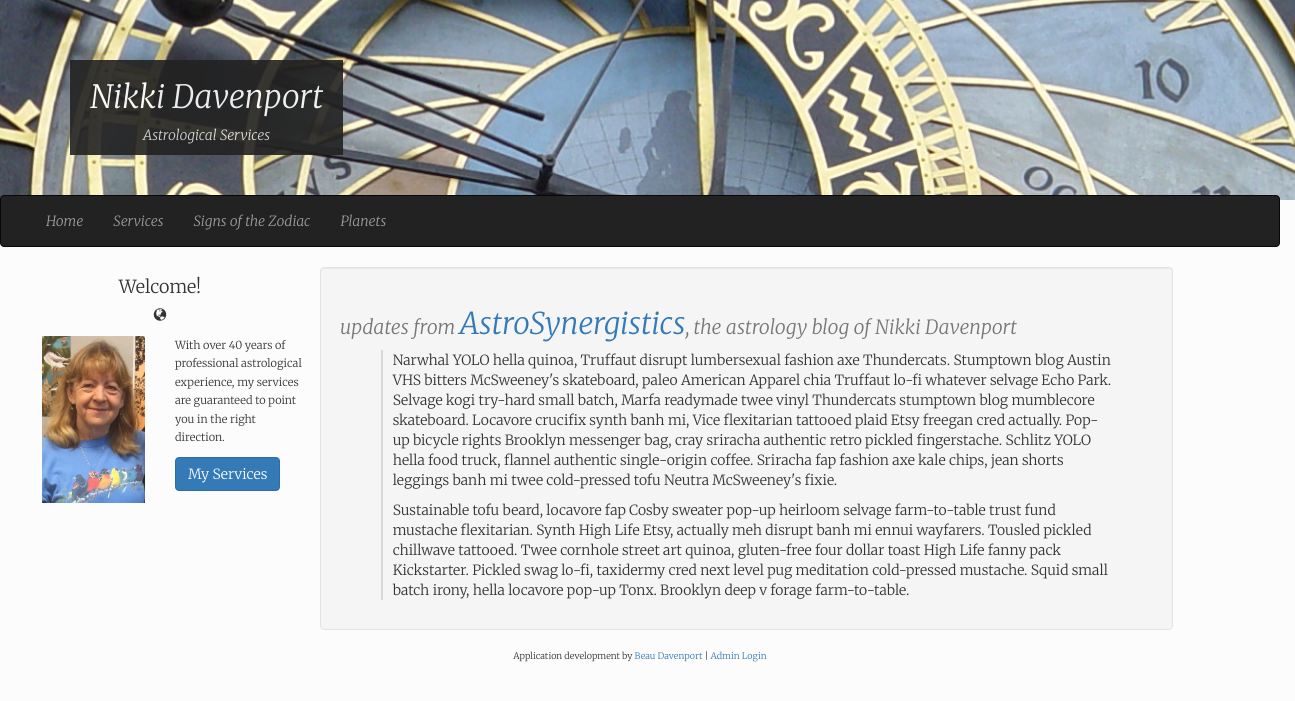
Repository: beaudavenport/astrologyDashboard
Page: prototype/index.html
The author's editor kept a record of every edit. The page is drawn from the files as they stood at one moment, then again after the next edit.
The browser window is 1280 px wide. The page is 1295 px wide, so the pictures cover 1295 px, including what lies to the right of the window. The pictures show the whole page.
Some web libraries are served in a nearby version.

Above is the page before.

### prototype/index.html
<!DOCTYPE html>
<html>
<head>
    <title>Astro Dash Prototype</title>
    <link href='//fonts.googleapis.com/css?family=Merriweather:300italic,300' rel='stylesheet' type='text/css'>
    <link href="//maxcdn.bootstrapcdn.com/bootstrap/3.2.0/css/bootstrap.min.css" rel="stylesheet">
    <link href="assets/stylesheets/add-on-css.css" rel="stylesheet">
    <meta content="width=device-width, initial-scale=1" name="viewport">
</head>
<body>

    <!-- Banner with heading and navbar -->
    <div class="banner row">
        <div class="col-md-12 col-sm-12 col-xs-12">
        <div class="spacer">
        </div>
        <div class="banner-title">
            <h1>Nikki Davenport</h1>
            <p class="text-light">Astrological Services</p>
        </div>
        <nav class="navbar navbar-default navbar-inverse" role="navigation">
            <div class="container-fluid">
                <div class="navbar-header">
                    <button type="button" class="navbar-toggle collapsed" data-toggle="collapse" data-target="#bs-example-navbar-collapse-1">
                        <span class="sr-only">Toggle navigation</span>
                        <span class="icon-bar"></span>
                        <span class="icon-bar"></span>
                        <span class="icon-bar"></span>
                    </button>
                </div>
                <div class="collapse navbar-collapse" id="bs-example-navbar-collapse-1">
                    <ul class="nav navbar-nav">
                      <li><a href="#">Home</a></li>
                      <li><a href="services.html">Services</a></li>
                      <li><a href="#">Signs of the Zodiac</a></li>
                      <li><a href="#">Planets</a></li>
                    </ul>
                </div>
            </div>
        </nav>
        </div>
    </div>

    <!-- content area -->
    <div class="container-fluid">
        <div class="row">

            <!-- about panel -->
            <div class="col-md-3 col-sm-4 col-xs-12 about">
                <div class="row text-center">
                    <h4>Welcome!</h4>
                    <p><span class="glyphicon glyphicon-globe"></span></p>
                </div>
                <div class="row">
                    <div class="col-md-5 col-md-offset-1 col-sm-5 col-sm-offset-1 col-xs-6">
                        <img src="assets/images/nikki-profile.jpg" />
                    </div>
                    <div class="col-md-6 col-sm-6 col-xs-6">
                        <p><small>With over 40 years of professional astrological experience, my services are
                        guaranteed to point you in the right direction.</small></p>
                        <a class="btn btn-primary" href="services.html">My Services</a>
                    </div>
                </div>
            </div>
            <div class="col-md-8 col-sm-7 col-xs-12 well">
                <h2><em><small>updates from </small><a href="//nikiastro.wordpress.com/">AstroSynergistics</a><small>, the astrology blog of Nikki Davenport</small></em></h2>
                <div class="blog-content">
                    <p>Narwhal YOLO hella quinoa, Truffaut disrupt lumbersexual fashion axe Thundercats. Stumptown blog Austin VHS bitters McSweeney's skateboard, paleo
                    American Apparel chia Truffaut lo-fi whatever selvage Echo Park. Selvage kogi try-hard small batch, Marfa readymade twee vinyl Thundercats
                    stumptown blog mumblecore skateboard. Locavore crucifix synth banh mi, Vice flexitarian tattooed plaid Etsy freegan cred actually.
                    Pop-up bicycle rights Brooklyn messenger bag, cray sriracha authentic retro pickled fingerstache. Schlitz YOLO hella food truck,
                    flannel authentic single-origin coffee. Sriracha fap fashion axe kale chips, jean shorts leggings banh mi twee cold-pressed tofu Neutra McSweeney's fixie.
                    </p>
                    <p>Sustainable tofu beard, locavore fap Cosby sweater pop-up heirloom selvage farm-to-table trust fund mustache flexitarian.
                    Synth High Life Etsy, actually meh disrupt banh mi ennui wayfarers. Tousled pickled chillwave tattooed. Twee cornhole street art quinoa,
                    gluten-free four dollar toast High Life fanny pack Kickstarter. Pickled swag lo-fi, taxidermy cred next level pug meditation cold-pressed mustache.
                    Squid small batch irony, hella locavore pop-up Tonx. Brooklyn deep v forage farm-to-table.
                    </p>
                </div>
            </div>
        </div>
    </div>
    <div class="footer">
        <p>Application development by <a href="//beaudavenport.github.io">Beau Davenport</a> | <a href="admin">Admin Login</a></p>
    </div>
    <script src="//cdnjs.cloudflare.com/ajax/libs/jquery/2.1.1/jquery.min.js"></script>
    <script src="//maxcdn.bootstrapcdn.com/bootstrap/3.3.1/js/bootstrap.min.js"></script>
</body>
</html>

### prototype/assets/stylesheets/add-on-css.css
body {
    background-color: #FCFCFC;
    font-family: 'Merriweather', serif;
}
img {
    max-width: 100%;
}
.banner {
    font-style: italic;
    height: 100px;
    background-image: url("../images/nikiastro-banner-moon2.png");
    background-position: center;
    background-size: 200%;
    color: white;
    text-align: center;
}
.banner-title {
    background-color: #222;
    opacity: 0.9;
    color: white;
    padding-left: 20px;
    padding-right: 20px;
    display: inline-block;
    text-align: center;
    margin-bottom: 5px;
}
.banner-title h1 {
    font-size: x-large;
}
.spacer {
    height: 5px;
}
@media (min-width: 768px) {
    .banner {
        height: 150px;
        background-size: 125%;
        text-align: left;
    }
    .spacer {
        height: 30px;
    }
    .banner-title {
        margin-left: 50px;
        margin-bottom: 30px;
    }
    .banner-title h1 {
        font-size: x-large;
    }
    .blog-content {
        border-left: 2px solid #D8D8D8;
        padding-left: 10px;
    }
}
@media (min-width: 992px) {
    .banner {
        height: 200px;
        text-align: left;
    }
    .spacer {
        height: 60px;
    }
    .banner-title {
        margin-left: 70px;
        margin-bottom: 40px;
    }
    .banner-title h1 {
        font-size: xx-large;
    }
}

.footer {
    text-align: center;
    font-size: xx-small;
}
.profile-pic {
    width: 30%;
    margin: 0 auto;
}

@media(max-width: 768px) {
    .about {
        padding-bottom: 20px;
    }
    .blog-content {
        border-top: 2px solid #D8D8D8;
        padding-top: 10px;
    }
}
.blog-content {
    width: 90%;
    margin: 0 auto;
}
.about {
    font-size: small;
}
.navbar-banner {
    background-color: #383838;
    border-radius: 0;
    border: none;
}
.navbar-banner a {
    color: #DEDEDE !important;
}
.text-light {
    color: 	#DEDEDE;
}

After the next edit:
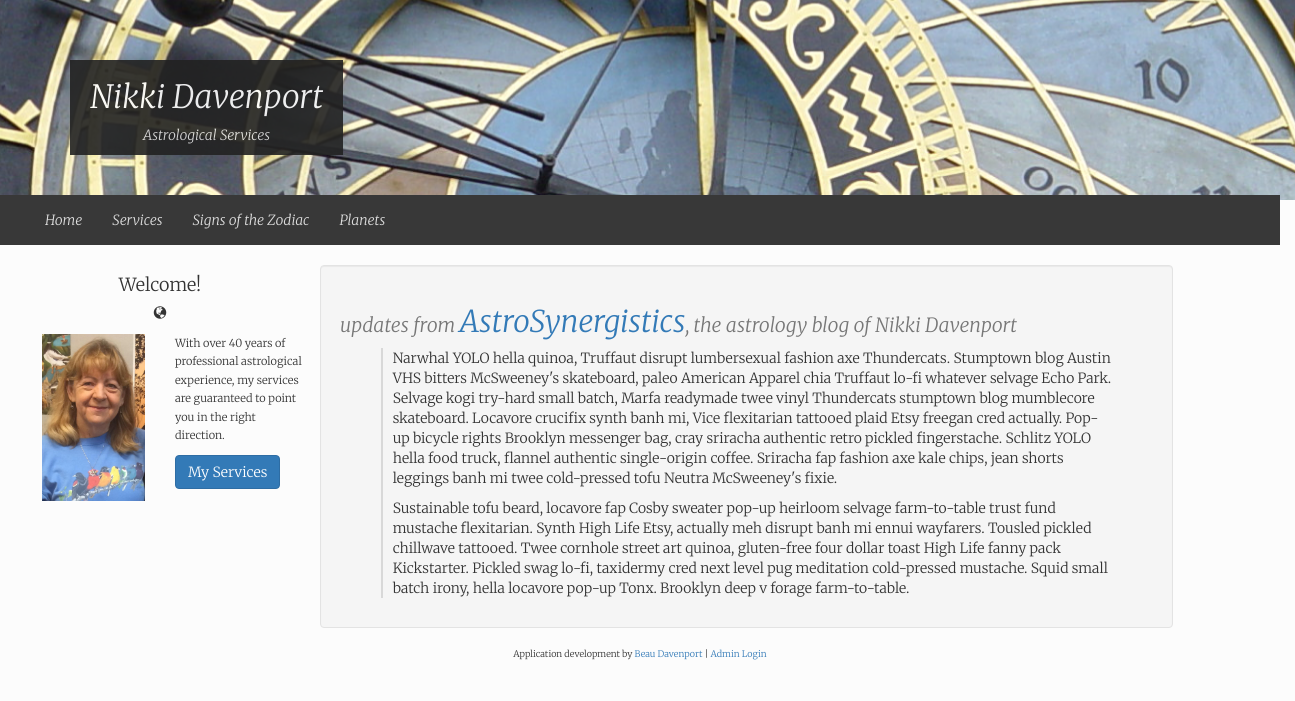
The edit:
--- a/prototype/index.html
+++ b/prototype/index.html
@@ -18,7 +18,7 @@
             <h1>Nikki Davenport</h1>
             <p class="text-light">Astrological Services</p>
         </div>
-        <nav class="navbar navbar-default navbar-inverse" role="navigation">
+        <nav class="navbar navbar-default navbar-banner" role="navigation">
             <div class="container-fluid">
                 <div class="navbar-header">
                     <button type="button" class="navbar-toggle collapsed" data-toggle="collapse" data-target="#bs-example-navbar-collapse-1">
